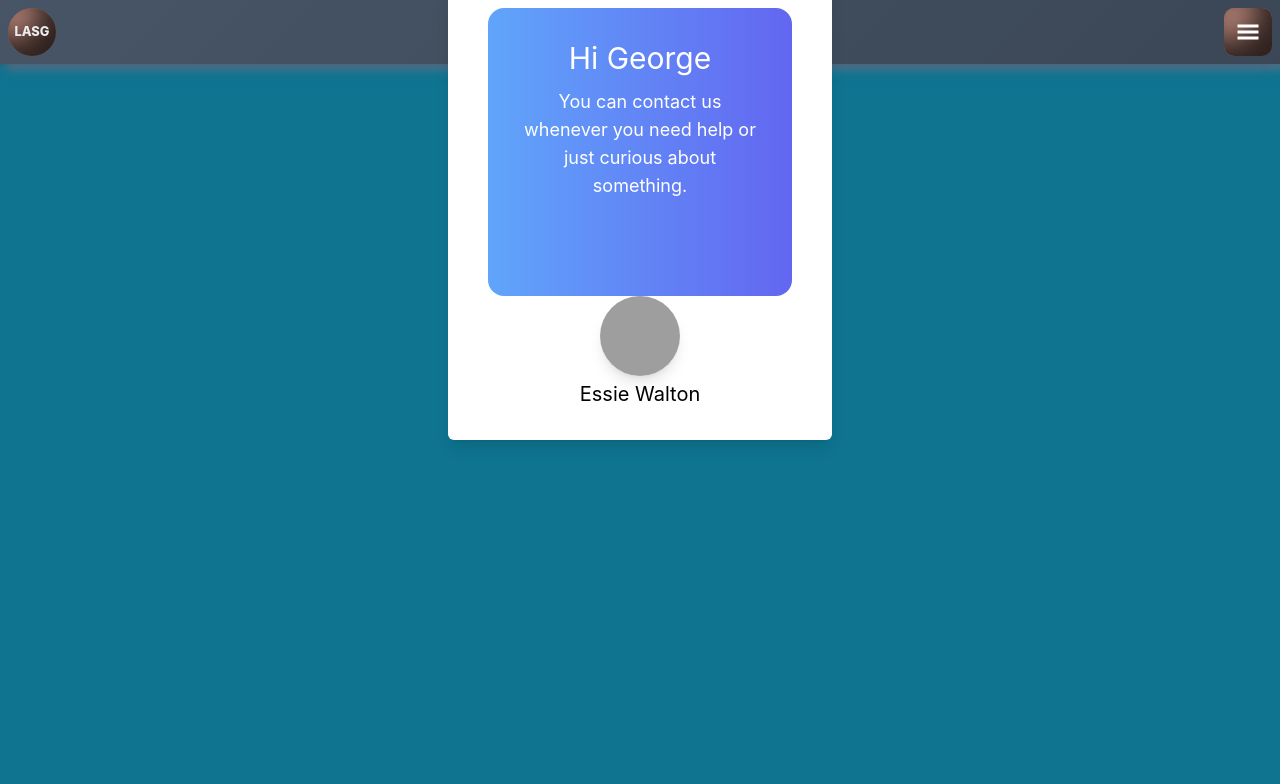
Repository: ShindanoSingi/LA-Swahili-Group
Page: /contact (app in client/)
The author's editor kept a copy of each file at every save. The page is drawn from the files as they stood at one save, then again after the next save.
The browser window is 1280 px wide. The pictures show the whole page.
Pictures or frames that could not be fetched are drawn as grey boxes. The project was rebuilt for these pictures with package versions that can differ from the ones it lists, and the page was loaded fresh each time. Also part of the build but not shown: client/src/pages/error/Error.css, client/src/pages/error/Error.js, client/src/pages/home/Home.js, client/src/pages/about/About.js, client/src/pages/login/Login.js, client/src/pages/userDashBoard/UserDashBoard.js, client/src/pages/superUsersDashBoard/SuperUsersDashBoard.js, client/src/pages/register/Register.js and 2 more.

Above is the page before, as saved 2024-02-12 00:56:49.

### client/src/index.js
import React from 'react';
import ReactDOM from 'react-dom/client';
import './index.css';
import App from './App';
import reportWebVitals from './reportWebVitals';
import { Provider } from "react-redux";
import store from './redux/store';
import { BrowserRouter } from 'react-router-dom';


const root = ReactDOM.createRoot(document.getElementById('root'));
root.render(
  <Provider store={store}>
    <BrowserRouter>
    <App />
    </BrowserRouter>
  </Provider>
);

// If you want to start measuring performance in your app, pass a function
// to log results (for example: reportWebVitals(console.log))
// or send to an analytics endpoint. Learn more: https://bit.ly/CRA-vitals
reportWebVitals();

### client/src/index.css
@tailwind base;
@tailwind components;
@tailwind utilities;

:root{
  --primary: #424F5F;
  --secondary: #F3F3F3;
  --tertiary: #F4A261;
  --quaternary: #2A9D8F;
  --quinary: #E9C46A;

}

body {
  margin: 0;
  font-family: -apple-system, BlinkMacSystemFont, 'Segoe UI', 'Roboto', 'Oxygen',
    'Ubuntu', 'Cantarell', 'Fira Sans', 'Droid Sans', 'Helvetica Neue',
    sans-serif;
  -webkit-font-smoothing: antialiased;
  -moz-osx-font-smoothing: grayscale;
}

.container{
  max-height: 100vh;
  background-color: var(--primary);
}

.container {
  display: flex;
  justify-content: center;
  align-items: center;
  height: 100vh;
}

.logo{
  height: 100dvh;
}

### client/src/App.js
import Header from "./components/header/Header";
import Error from "./pages/error/Error";
import Home from "./pages/home/Home";
import { Routes, Route, useNavigate } from "react-router-dom";
import About from "./pages/about/About";
import Contact from "./pages/contact/Contact";
import Login from "./pages/login/Login";
import UserDashBoard from "./pages/userDashBoard/UserDashBoard";
import SuperUsersDashBoard from "./pages/superUsersDashBoard/SuperUsersDashBoard";
import { useEffect } from "react";
import Register from "./pages/register/Register";
import EditUser from "./pages/editUser/EditUser";
import AdminDashBoard from "./pages/adminDashBoard/AdminDashBoard";

function App() {

      const navigate = useNavigate()

      const user = 'superusers';

      useEffect(() => {
            if (user === 'superuser') {
                  navigate('/superuser')
            }
      })

      return (
            <>
                  <Header />
                  <Routes>
                        <Route path="/" element={<Home />} />
                        <Route path="/about" element={<About />} />
                        <Route path="/contact" element={<Contact />} />
                        <Route path="/login" element={<Login />} />
                        <Route path="/register" element={<Register/>} />
                        <Route path="/edit" element={<EditUser/>} />
                        <Route path="/user" element={<UserDashBoard/>} />
                        <Route path="/super" element={<SuperUsersDashBoard/>} />
                        <Route path="/admin" element={<AdminDashBoard/>} />
                        <Route
                              path="/:rest*"
                              element={
                                    <h1>
                                          <Error />
                                    </h1>
                              }
                        />
                  </Routes>
            </>
      );
}

export default App;

### client/src/redux/store.js
import { configureStore } from "@reduxjs/toolkit";

import userReducer from "./userSlice";

const store = configureStore({
    reducer: {
        userReducer,
    },
});

export default store;

### client/src/components/header/Header.js
import React, { useState } from "react";
import "./Header.css";
import { GiHamburgerMenu } from "react-icons/gi";
import { Link } from "react-router-dom";

function Header() {
      const [show, setShow] = useState(false);

      return (
            <div className="header fixed top-0 w-full flex items-center justify-between p-2">
                  <Link to="/">
                  <div className="w-12 h-12 rounded-full text-[0.8rem] logo-button flex font-extrabold text-[#EBEBEB] justify-center items-center">
                        LASG
                  </div>
                  </Link>

                  <div className="hambourger h-12 w-12 flex items-center justify-center">
                        <GiHamburgerMenu
                              className="text-[#FFFFFF] text-2xl"
                              onClick={() => setShow(!show)}
                        />
                  </div>
                  {show && (
                        <ul className="flex flex-col items-center p-2 top-[4.2rem] right-2 menu text-[#FFFFFF] absolute">
                              <Link to="/" onClick={() => setShow(!show)}>
                                    <li className="menu-item">Home</li>
                              </Link>
                              <Link to="/about" onClick={() => setShow(!show)}>
                                    <li className="menu-item">About</li>
                              </Link>
                              <Link
                                    to="/contact"
                                    onClick={() => setShow(!show)}
                              >
                                    <li className="menu-item">Contact</li>
                              </Link>
                              <Link to="/login">
                                    <li className="menu-item">Login</li>
                              </Link>
                        </ul>
                  )}
            </div>
      );
}

export default Header;

### client/src/pages/contact/Contact.js
import React from "react";

function Contact() {
      return (
            <div className="mt-[4rem] pt-2 px-2 min-h-[100vh] bg-cyan-700">

                        <div className="bg-white py-8 px-10 text-center rounded-md shadow-lg sm:-translate-y-24 max-w-sm w-full mx-auto">
                        <div class="bg-gradient-to-r from-blue-400 to-indigo-500 rounded-2xl text-white p-8 text-center h-72 max-w-sm mx-auto">
  <h1 class="text-3xl mb-3">Hi George</h1>
  <p class="text-lg">You can contact us whenever you need help or just curious about something.</p>
</div>
                              <img
                                    className="w-20 h-20 object-cover rounded-full mx-auto shadow-lg"
                                    src="https://images.unsplash.com/photo-1611342799915-5dd9f1665d04?ixid=MXwxMjA3fDB8MHxwaG90by1wYWdlfHx8fGVufDB8fHw%3D&ixlib=rb-1.2.1&auto=format&fit=crop&w=1350&q=80"
                                    alt="User avatar"
                              />
                              <p className="capitalize text-xl mt-1">
                                    essie walton
                              </p>
                        </div>
                  </div>

      );
}

export default Contact;

### client/src/redux/userSlice.js
import {createSlice} from '@reduxjs/toolkit';

const userSlice = createSlice({
    name: 'user',
    initialState: {
        user: null,
    },
    reducers: {
        setUser: (state, action) => {
            state.user = action.payload;
        },
    },
});

export const {setUser} = userSlice.actions;
export default userSlice.reducer;

### client/src/components/header/Header.css
.header {
    border-radius: 0px;
background: linear-gradient(315deg, #3b4756, #475566);
box-shadow:  -5px -5px 10px #262e37,
             5px 5px 10px #5e7087;
}

.logo-button {
    border-radius: 50%;
    background: #6E5049;
    box-shadow: inset -14px -14px 27px #2d211e, inset 14px 14px 27px #af7f74;
}

.hambourger {
    border-radius: 10px;
    background: #6E5049;
    box-shadow: inset -14px -14px 27px #2d211e, inset 14px 14px 27px #af7f74;
}

.menu {
    border-radius: 9px;
    background: #3E5F75;
    box-shadow: inset -5px -5px 10px #38556c, inset 5px 5px 10px #5885a8;
    padding: 0.5rem;
}

.menu-item{
    border-radius: 7px;
background: #486D8A;
box-shadow: inset -15px -15px 13px #2a3f50,
            inset 15px 15px 13px #669bc4;
            width: 5rem;
            text-align: center;
            margin: 0.2rem;
            padding: 0.2rem 0.5rem;
}

Loaded but not shown: client/public/index.html (common file); client/src/reportWebVitals.js (common file); client/tailwind.config.js (common file)

After the next save:
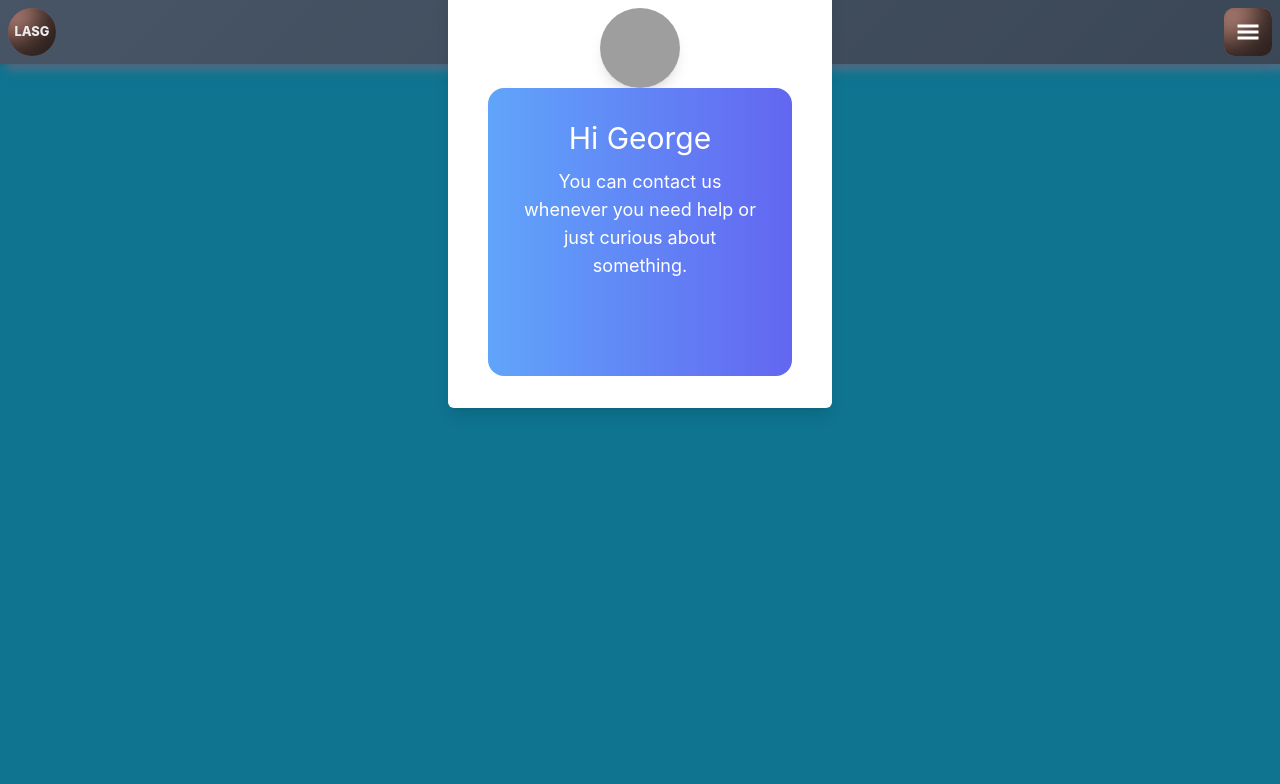
Saved 26 s later.
--- a/client/src/pages/contact/Contact.js
+++ b/client/src/pages/contact/Contact.js
@@ -5,18 +5,15 @@ function Contact() {
             <div className="mt-[4rem] pt-2 px-2 min-h-[100vh] bg-cyan-700">
 
                         <div className="bg-white py-8 px-10 text-center rounded-md shadow-lg sm:-translate-y-24 max-w-sm w-full mx-auto">
-                        <div class="bg-gradient-to-r from-blue-400 to-indigo-500 rounded-2xl text-white p-8 text-center h-72 max-w-sm mx-auto">
-  <h1 class="text-3xl mb-3">Hi George</h1>
-  <p class="text-lg">You can contact us whenever you need help or just curious about something.</p>
-</div>
                               <img
                                     className="w-20 h-20 object-cover rounded-full mx-auto shadow-lg"
                                     src="https://images.unsplash.com/photo-1611342799915-5dd9f1665d04?ixid=MXwxMjA3fDB8MHxwaG90by1wYWdlfHx8fGVufDB8fHw%3D&ixlib=rb-1.2.1&auto=format&fit=crop&w=1350&q=80"
                                     alt="User avatar"
                               />
-                              <p className="capitalize text-xl mt-1">
-                                    essie walton
-                              </p>
+                              <div class="bg-gradient-to-r from-blue-400 to-indigo-500 rounded-2xl text-white p-8 text-center h-72 max-w-sm mx-auto">
+  <h1 class="text-3xl mb-3">Hi George</h1>
+  <p class="text-lg">You can contact us whenever you need help or just curious about something.</p>
+</div>
                         </div>
                   </div>
 
